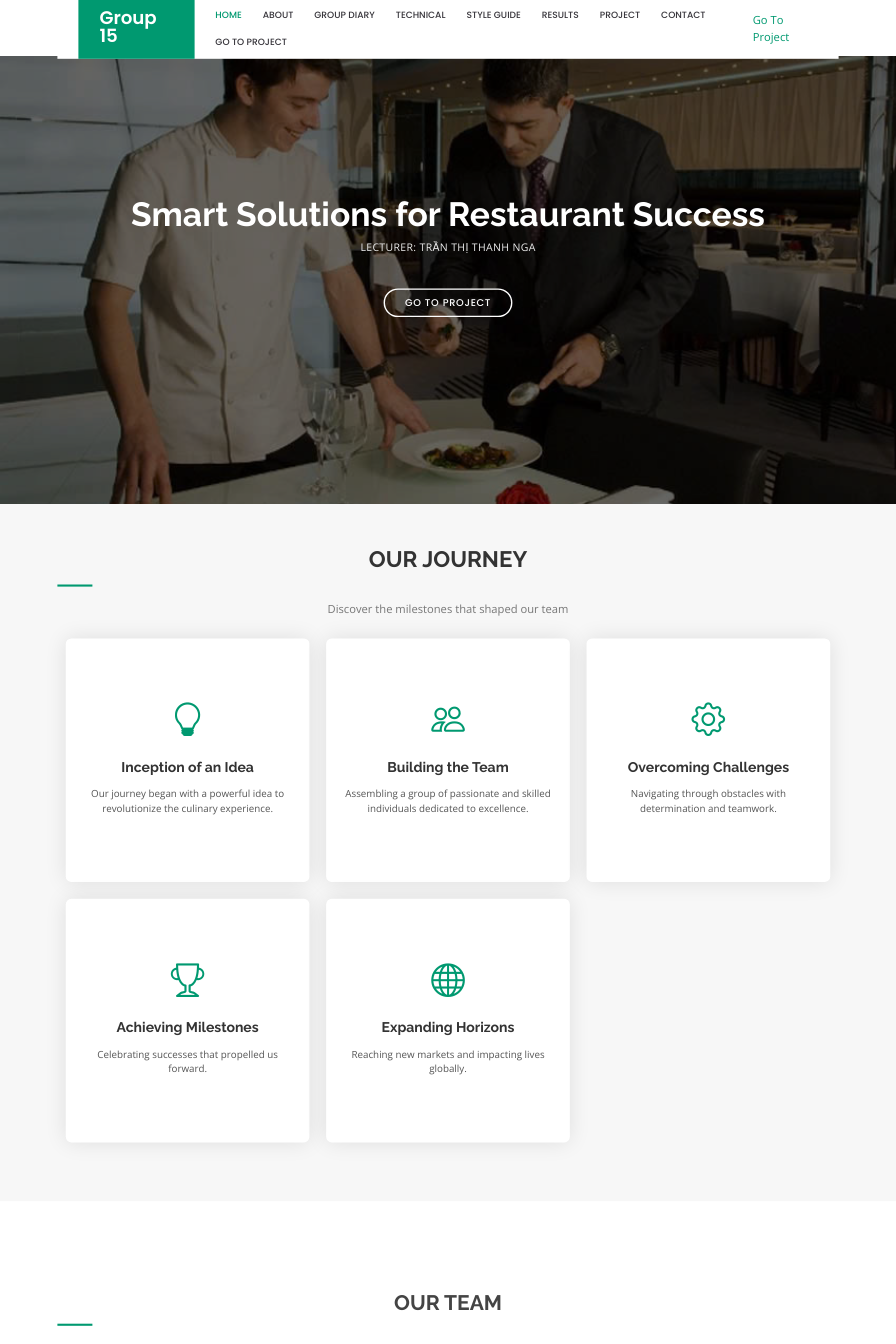
Repository: HoangKhangKhuPho4/Group_Web
Page: index.html
The author's editor kept a copy of each file at every save. The page is drawn from the files as they stood at one save, then again after the next save.
The browser window is 1280 px wide. The pictures show the part of the page from y = 0 to 1920 px (the page is 2787 px tall), at 70% of full size.
Backgrounds fixed to the window are drawn as part of the page.

Above is the page before, as saved 2024-12-06 15:30:26.

### index.html
<!DOCTYPE html>
<html lang="en">
  <head>
    <!-- Google Tag Manager -->
    <script>
      (function (w, d, s, l, i) {
        w[l] = w[l] || [];
        w[l].push({ "gtm.start": new Date().getTime(), event: "gtm.js" });
        var f = d.getElementsByTagName(s)[0],
          j = d.createElement(s),
          dl = l != "dataLayer" ? "&l=" + l : "";
        j.async = true;
        j.src = "https://www.googletagmanager.com/gtm.js?id=" + i + dl;
        f.parentNode.insertBefore(j, f);
      })(window, document, "script", "dataLayer", "GTM-KP2R47JB");
    </script>
    <!-- End Google Tag Manager -->

    <meta name="google-site-verification" content="EO8Nf8U0RywdH3XDIGdBO9ayEUmYV3Sa4KyZ9BoOK-Y" />
    <meta charset="utf-8" />
    <meta content="width=device-width, initial-scale=1.0" name="viewport" />
    <meta name="google-site-verification" content="NlS1kOlcOLN_zi65x2N4-Xf35p3_Yhxgn-Sx0oEMzRE" />

    <title>Group 15</title>
    <meta content="" name="description" />
    <meta content="" name="keywords" />

    <!-- Favicons -->
    <link href="assets/img/favicon.png" rel="icon" />
    <link href="assets/img/apple-touch-icon.png" rel="apple-touch-icon" />

    <!-- Google Fonts -->
    <link
      href="https://fonts.googleapis.com/css?family=Open+Sans:300,300i,400,400i,600,600i,700,700i|Raleway:300,300i,400,400i,500,500i,600,600i,700,700i|Poppins:300,300i,400,400i,500,500i,600,600i"
      rel="stylesheet"
    />

    <!-- Vendor CSS Files -->
    <link href="assets/vendor/aos/aos.css" rel="stylesheet" />
    <link href="assets/vendor/bootstrap/css/bootstrap.min.css" rel="stylesheet" />
    <link href="assets/vendor/bootstrap-icons/bootstrap-icons.css" rel="stylesheet" />
    <link href="assets/vendor/boxicons/css/boxicons.min.css" rel="stylesheet" />
    <link href="assets/vendor/glightbox/css/glightbox.min.css" rel="stylesheet" />
    <link href="assets/vendor/remixicon/remixicon.css" rel="stylesheet" />
    <link href="assets/vendor/swiper/swiper-bundle.min.css" rel="stylesheet" />

    <!-- Template Main CSS File -->
    <link href="assets/css/style.css" rel="stylesheet" />

    <!-- Custom CSS -->
     <style>

     </style>
    <style></style>
  </head>

  <body>
    <!-- Google Tag Manager (noscript) -->
    <noscript>
      <iframe src="https://www.googletagmanager.com/ns.html?id=GTM-KP2R47JB" height="0" width="0" style="display: none; visibility: hidden"></iframe>
    </noscript>
    <!-- End Google Tag Manager (noscript) -->

    <!-- ======= Header ======= -->
    <header id="header" class="fixed-top d-flex align-items-center">
      <div class="container">
        <div class="header-container d-flex align-items-center justify-content-between">
          <div class="logo">
            <h1 class="text-light">
              <a href="index.html"><span>Group 15</span></a>
            </h1>
          </div>

          <nav id="navbar" class="navbar">
            <ul>
              <li><a class="nav-link scrollto active" href="index.html">Home</a></li>
              <li><a class="nav-link scrollto" href="about.html">About</a></li>
              <li><a class="nav-link scrollto" href="groupDiary.html">Group Diary</a></li>
              <li><a class="nav-link scrollto" href="technical.html">Technical</a></li>
              <li><a class="nav-link scrollto" href="styleguide.html">Style Guide</a></li>
              <li><a class="nav-link scrollto" href="results.html">Results</a></li>
              <li><a class="nav-link scrollto" href="project.html">Project</a></li>
              <li><a class="nav-link scrollto" href="contact.html">Contact</a></li>
            </ul>
            <!-- Bọc nút trong div với lớp cta-container -->
            <div class="cta-container">
              <a href="https://hoangkhangkhupho4.github.io/Project_Web/" target="_blank" class="btn-get-started scrollto">
                Go To Project
              </a>
            </div>
          </nav>
          <div class="cta-container">
            <a href="https://hoangkhangkhupho4.github.io/Project_Web/" target="_blank" class="btn-get-started scrollto">
              Go To Project
            </a>
          </div>
          <!-- .navbar -->
        </div>
        <!-- End Header Container -->
      </div>
    </header>
    <!-- End Header -->

    <!-- Bắt đầu phần nội dung chính -->
    <div class="content-wrap">
      <!-- ======= Hero Section ======= -->
      <section id="hero" class="d-flex align-items-center" style="padding-top: 80px">
        <div class="container text-center position-relative" data-aos="fade-in" data-aos-delay="200">
          <h1>Smart Solutions for Restaurant Success</h1>
          <h2>Lecturer: Trần Thị Thanh Nga</h2>
          <!-- Bọc nút trong div với lớp cta-container -->
          <div class="cta-container">
            <a href="https://hoangkhangkhupho4.github.io/Project_Web/" target="_blank" class="btn-get-started scrollto">
              Go To Project
            </a>
          </div>
        </div>
      </section>
      <!-- End Hero -->

      <main id="main">
        <!-- ======= Our Journey Section ======= -->
        <section id="our-team-story" class="our-team-story">
          <div class="container" data-aos="fade-up">
            <div class="section-title text-center">
              <h2>Our Journey</h2>
              <p>Discover the milestones that shaped our team</p>
            </div>

            <div class="story-container">
              <div class="row">
                <!-- Story Item 1 -->
                <div class="col-lg-4 col-md-6 mb-4">
                  <div class="story-item" data-aos="fade-up" data-aos-delay="100">
                    <div class="icon-box">
                      <div class="icon">
                        <i class="bi bi-lightbulb"></i>
                      </div>
                      <h4 class="title">Inception of an Idea</h4>
                      <p class="description">
                        Our journey began with a powerful idea to revolutionize the culinary experience.
                      </p>
                    </div>
                  </div>
                </div>

                <!-- Story Item 2 -->
                <div class="col-lg-4 col-md-6 mb-4">
                  <div class="story-item" data-aos="fade-up" data-aos-delay="200">
                    <div class="icon-box">
                      <div class="icon">
                        <i class="bi bi-people"></i>
                      </div>
                      <h4 class="title">Building the Team</h4>
                      <p class="description">
                        Assembling a group of passionate and skilled individuals dedicated to excellence.
                      </p>
                    </div>
                  </div>
                </div>

                <!-- Story Item 3 -->
                <div class="col-lg-4 col-md-6 mb-4">
                  <div class="story-item" data-aos="fade-up" data-aos-delay="300">
                    <div class="icon-box">
                      <div class="icon">
                        <i class="bi bi-gear"></i>
                      </div>
                      <h4 class="title">Overcoming Challenges</h4>
                      <p class="description">
                        Navigating through obstacles with determination and teamwork.
                      </p>
                    </div>
                  </div>
                </div>

                <!-- Story Item 4 -->
                <div class="col-lg-4 col-md-6 mb-4">
                  <div class="story-item" data-aos="fade-up" data-aos-delay="400">
                    <div class="icon-box">
                      <div class="icon">
                        <i class="bi bi-trophy"></i>
                      </div>
                      <h4 class="title">Achieving Milestones</h4>
                      <p class="description">
                        Celebrating successes that propelled us forward.
                      </p>
                    </div>
                  </div>
                </div>

                <!-- Story Item 5 -->
                <div class="col-lg-4 col-md-6 mb-4">
                  <div class="story-item" data-aos="fade-up" data-aos-delay="500">
                    <div class="icon-box">
                      <div class="icon">
                        <i class="bi bi-globe"></i>
                      </div>
                      <h4 class="title">Expanding Horizons</h4>
                      <p class="description">
                        Reaching new markets and impacting lives globally.
                      </p>
                    </div>
                  </div>
                </div>
              </div>
            </div>
          </div>
        </section>
        <!-- End Our Journey Section -->

        <!-- ======= Our Team Section ======= -->
        <section id="portfolio-details" class="portfolio-details" style="margin-top: 4%">
          <div class="container">
            <div class="section-title text-center">
              <h2 style="font-size: 30px; padding: 15px 30px">
                <b>OUR TEAM</b>
              </h2>
            </div>

            <div class="row gy-4">
              <div class="col-lg-6">
                <div class="portfolio-details-slider swiper">
                  <div class="swiper-wrapper align-items-center">
                    <div class="swiper-slide">
                      <img src="assets/img/portfolio/portfolio-details-1.jpg" alt="" />
                    </div>

                    <div class="swiper-slide">
                      <img src="assets/img/portfolio/portfolio-details-2.jpg" alt="" />
                    </div>

                    <div class="swiper-slide">
                      <img src="assets/img/portfolio/portfolio-details-3.jpg" alt="" />
                    </div>
                  </div>
                  <div class="swiper-pagination"></div>
                </div>
              </div>

              <div class="col-lg-6">
                <div class="portfolio-info">
                  <h3>Group Information</h3>
                  <ul>
                    <li><strong>Group Name</strong>: Group 15</li>
                    <li><strong>Number of Members</strong>: 5 members</li>
                    <li><strong>Specialization</strong>: Information Technology - IT</li>
                    <li><strong>University</strong>: Ho Chi Minh City University of Agriculture and Forestry.</li>
                    <li><strong>Slogan</strong>: "Together we innovate, together we succeed."</li>
                  </ul>
                </div>
              </div>
            </div>
          </div>
        </section>
        <!-- End Our Team Section -->
      </main>
      <!-- End #main -->
    </div>
    <!-- Kết thúc phần nội dung chính -->

    <!-- ======= Footer ======= -->
    <footer id="footer">
      <!-- ... (giữ nguyên nội dung footer) ... -->
      <div class="footer-container">
        <div class="footer-column">
          <h4>About Us</h4>
          <p>
            We are a team of passionate individuals dedicated to delivering the
            best services to our clients. Our mission is to provide innovative
            solutions and exceptional customer service.
          </p>
        </div>
        <div class="footer-column">
          <h4>Useful Links</h4>
          <ul>
            <li><a href="index.html">Home</a></li>
            <li><a href="about.html">About Us</a></li>
            <li><a href="services.html">Services</a></li>
            <li><a href="terms.html">Terms of Service</a></li>
            <li><a href="privacy.html">Privacy Policy</a></li>
          </ul>
        </div>
        <div class="footer-column">
          <h4>Services</h4>
          <ul>
            <li><a href="#">Web Design</a></li>
            <li><a href="#">Web Development</a></li>
            <li><a href="#">Marketing</a></li>
            <li><a href="#">Graphic Design</a></li>
            <li><a href="#">Technical Support</a></li>
          </ul>
        </div>
        <div class="footer-column">
          <h4>Contact Us</h4>
          <p>
            123 ABC Street, XYZ District<br />
            City, Country<br />
            Phone: +84 123 456 789<br />
            Email: info@example.com
          </p>
        </div>
      </div>
      <div class="footer-bottom">
        <div class="container d-md-flex py-4">
          <div class="me-md-auto text-center text-md-start">
            <div class="copyright">
              &copy; Copyright <strong><span>Group 15</span></strong>. All Rights Reserved
            </div>
            <div class="credits">Designed by <a href="#">Group 15</a></div>
          </div>
          <div class="social-links text-center text-md-right pt-3 pt-md-0">
            <a href="#" class="twitter" title="Twitter"><i class="bx bxl-twitter"></i></a>
            <a href="#" class="facebook" title="Facebook"><i class="bx bxl-facebook"></i></a>
            <a href="#" class="instagram" title="Instagram"><i class="bx bxl-instagram"></i></a>
            <a href="#" class="google-plus" title="Skype"><i class="bx bxl-skype"></i></a>
            <a href="#" class="linkedin" title="LinkedIn"><i class="bx bxl-linkedin"></i></a>
          </div>
        </div>
      </div>
    </footer>
    <!-- End Footer -->

    <!-- Back to Top -->
    <a href="#" class="back-to-top d-flex align-items-center justify-content-center"><i class="bi bi-arrow-up-short"></i></a>

    <!-- Vendor JS Files -->
    <script src="assets/vendor/aos/aos.js"></script>
    <script src="assets/vendor/bootstrap/js/bootstrap.bundle.min.js"></script>
    <script src="assets/vendor/purecounter/purecounter.js"></script>
    <script src="assets/vendor/glightbox/js/glightbox.min.js"></script>
    <script src="assets/vendor/isotope-layout/isotope.pkgd.min.js"></script>
    <script src="assets/vendor/swiper/swiper-bundle.min.js"></script>
    <!-- Template Main JS File -->
    <script src="assets/js/main.js"></script>

    <!-- Initialize AOS -->
    <script>
      AOS.init({
        duration: 1000,
        once: true,
      });
    </script>
  </body>
</html>

Loaded but not shown: assets/vendor/aos/aos.css (library); assets/vendor/bootstrap/css/bootstrap.min.css (library); assets/vendor/bootstrap-icons/bootstrap-icons.css (library); assets/vendor/boxicons/css/boxicons.min.css (library); assets/vendor/glightbox/css/glightbox.min.css (library); assets/vendor/remixicon/remixicon.css (library); assets/vendor/swiper/swiper-bundle.min.css (library); assets/vendor/aos/aos.js (library); assets/vendor/bootstrap/js/bootstrap.bundle.min.js (library); assets/vendor/purecounter/purecounter.js (library); assets/vendor/glightbox/js/glightbox.min.js (library); assets/vendor/isotope-layout/isotope.pkgd.min.js (library); assets/vendor/swiper/swiper-bundle.min.js (library); assets/js/main.js (252 lines, source omitted); assets/css/style.css (862 lines, source omitted)

After the next save:
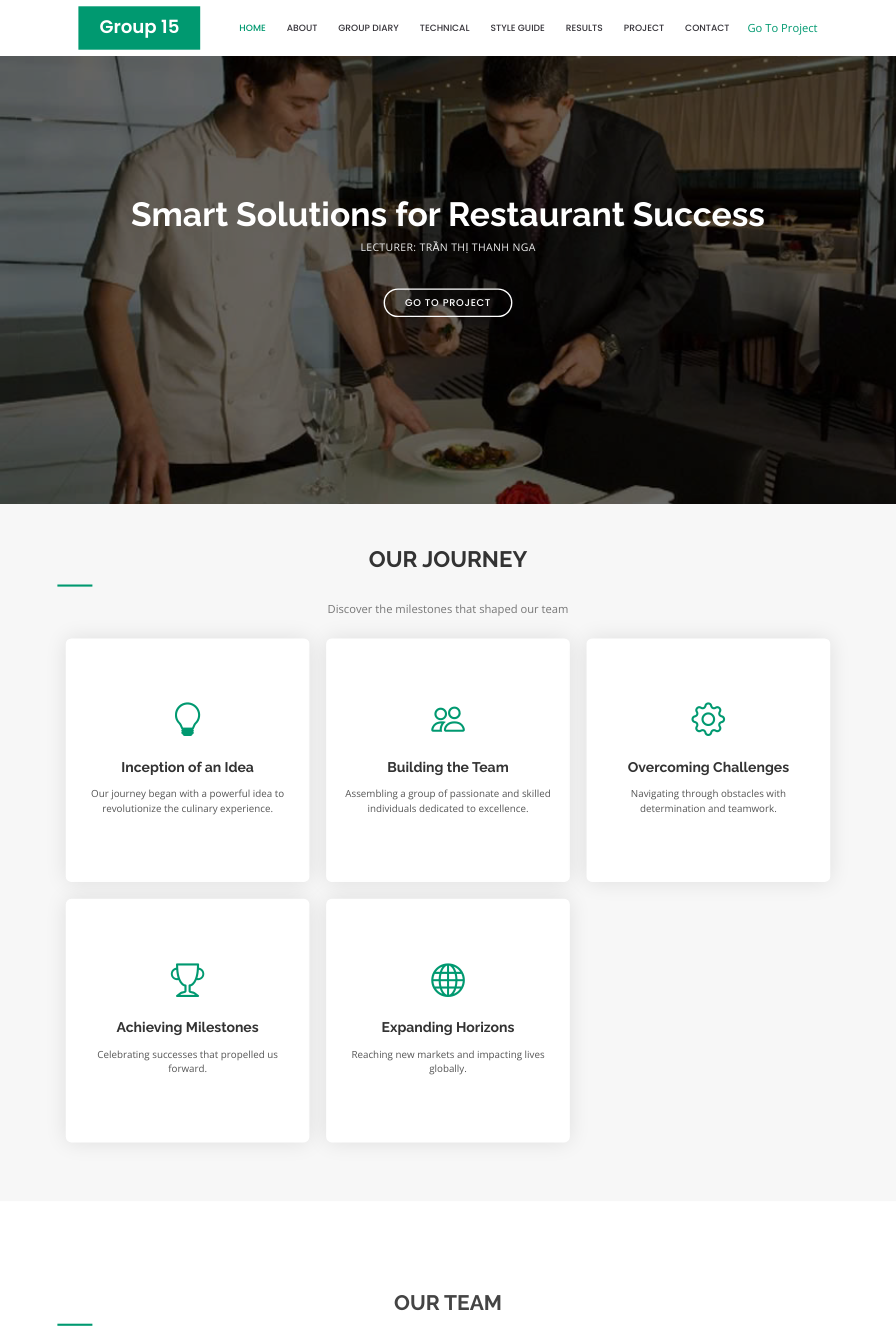
Saved 11 s later.
--- a/index.html
+++ b/index.html
@@ -82,12 +82,7 @@
               <li><a class="nav-link scrollto" href="project.html">Project</a></li>
               <li><a class="nav-link scrollto" href="contact.html">Contact</a></li>
             </ul>
-            <!-- Bọc nút trong div với lớp cta-container -->
-            <div class="cta-container">
-              <a href="https://hoangkhangkhupho4.github.io/Project_Web/" target="_blank" class="btn-get-started scrollto">
-                Go To Project
-              </a>
-            </div>
+
           </nav>
           <div class="cta-container">
             <a href="https://hoangkhangkhupho4.github.io/Project_Web/" target="_blank" class="btn-get-started scrollto">

After the save that followed:
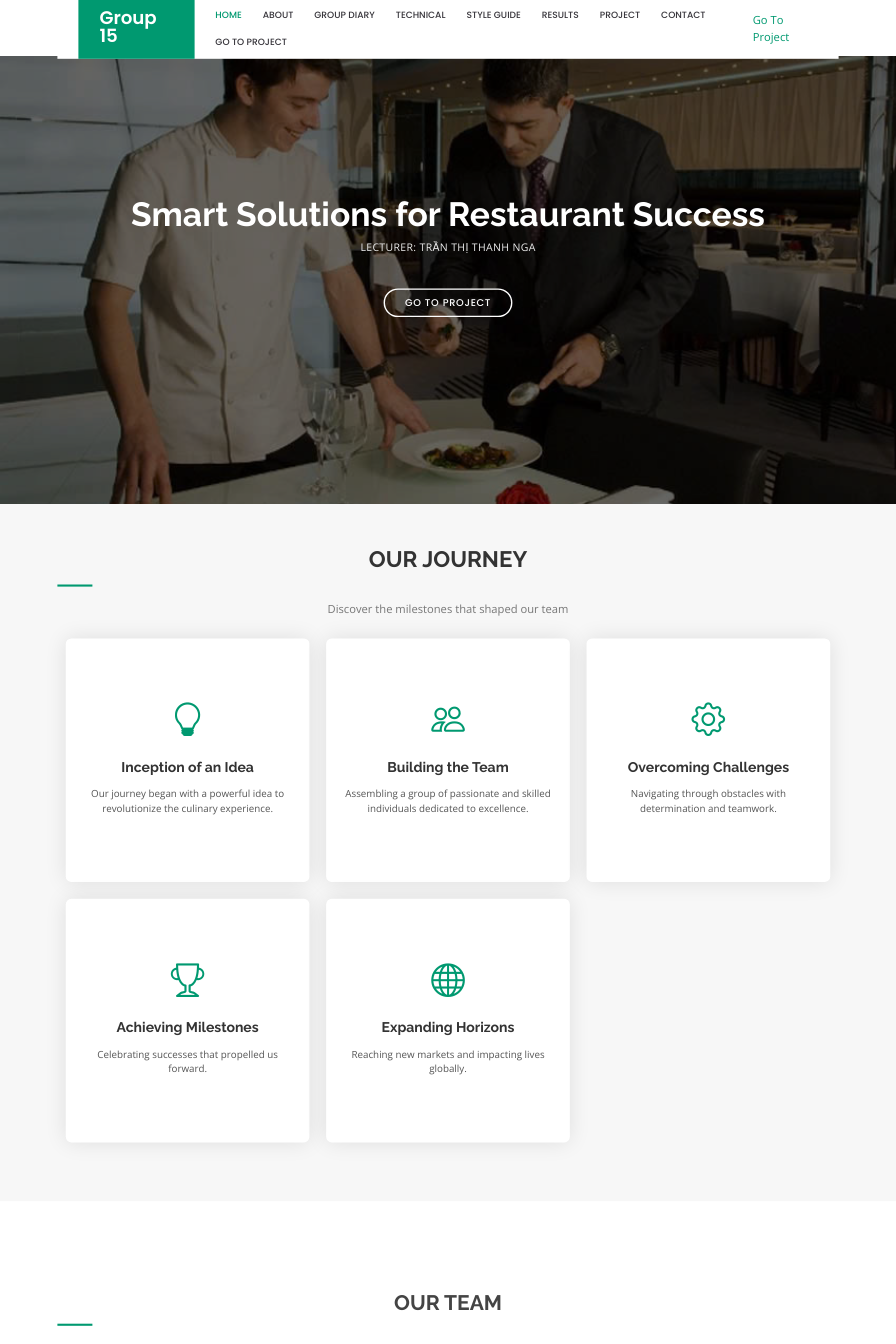
Saved 10 s later.
--- a/index.html
+++ b/index.html
@@ -82,7 +82,12 @@
               <li><a class="nav-link scrollto" href="project.html">Project</a></li>
               <li><a class="nav-link scrollto" href="contact.html">Contact</a></li>
             </ul>
-
+            <!-- Bọc nút trong div với lớp cta-container -->
+            <div class="cta-container">
+              <a href="https://hoangkhangkhupho4.github.io/Project_Web/" target="_blank" class="btn-get-started scrollto">
+                Go To Project
+              </a>
+            </div>
           </nav>
           <div class="cta-container">
             <a href="https://hoangkhangkhupho4.github.io/Project_Web/" target="_blank" class="btn-get-started scrollto">
